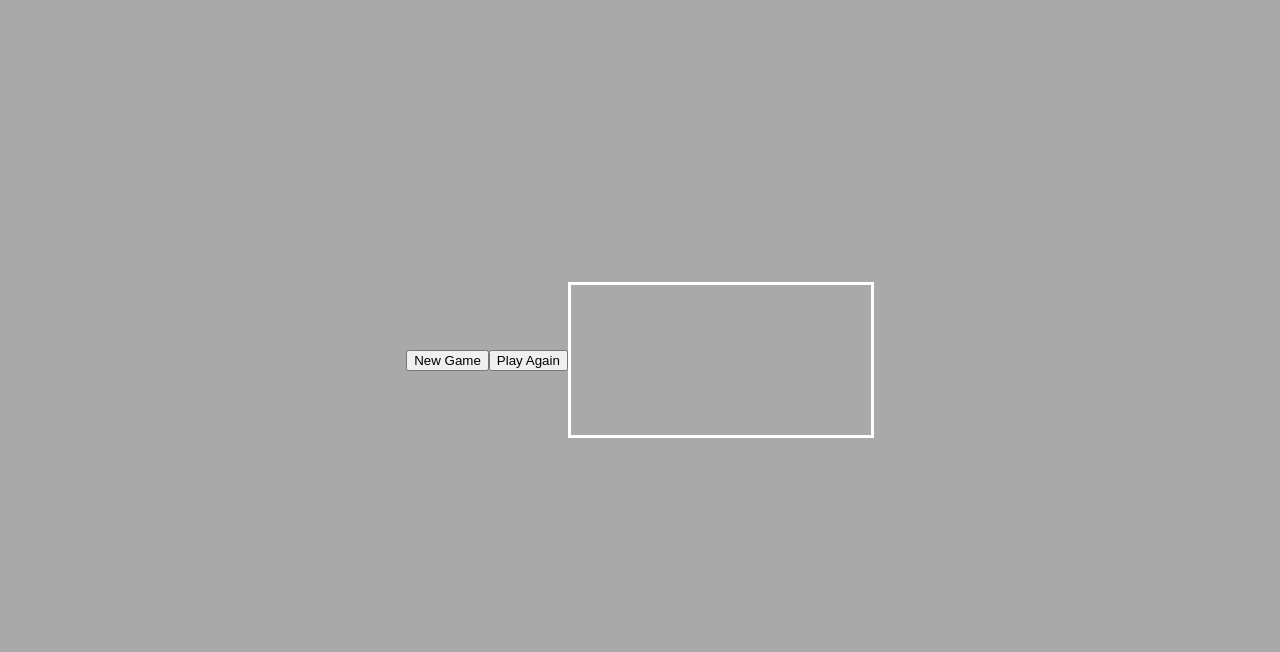
Repository: Dawid-Krasik/Ping-Pong.JS
Page: index.html
The author's editor kept a copy of each file at every save. The page is drawn from the files as they stood at one save, then again after the next save.
The browser window is 1280 px wide. The pictures show the whole page.

Above is the page before, as saved 2019-09-24 22:18:49.
Console error: SyntaxError: Unexpected token '}'

### index.html
<!DOCTYPE html>
<html lang="en">
<head>
    <meta charset="UTF-8">
    <meta name="viewport" content="width=device-width, initial-scale=1.0">
    <meta http-equiv="X-UA-Compatible" content="ie=edge">
    <script src="script.js" async></script>
    <link rel="stylesheet" type="text/css" href="style.css">
    <title>Game</title>
</head>
<body>
<button id="newGameButton">New Game</button>
<button id="playAgainButton">Play Again</button>
    <canvas>

    </canvas>

</body>
</html>

### script.js
/*
 * Pong Game
 *
 * made By Dawid .K
 *
 *
 */


// DOM documents and claim Varibles
const canvas = document.querySelector("canvas"),
      ctx = canvas.getContext("2d");
let newGameB = document.getElementById("newGameButton"),
    playAgainB = document.getElementById("playAgainButton");

    canvas.width = 1000;
    canvas.height = 500;

    // All Varibles

const cw = canvas.width;
const ch = canvas.height;

const ballSize = 20;
let ballX = cw / 2 - ballSize / 2
let ballY = ch / 2 - ballSize / 2

const paddleWidth = 20;
const paddleHieght = 100;

const playerX = 70;
const aiX = 910;

let playerY = 200;
let aiY = 200;

const lineWidth = 6;
const lineHeight = 16;

let ballSpeedX = 0;
let ballSpeedY = 0;

let playerPoints = 0;
let aiPoints = 0;

let gameStarted = false;
let gameOver = false;
let playerWon = false;

//buttons
newGameB.addEventListener('click', function () {

    gameStarted = false;
    gameOver = false;
    playerWon = false;

newGameButton.style.display = 'none';

    ballSpeedX = -5;
    ballSpeedY = 0;
});





playAgainB.addEventListener('click', function () {
    endGame()
    newGameButton.style.display = 'inline';
});


                    /* Functions self descripting Name*/


//player paddel
function player() {
    ctx.fillStyle = 'green';
    ctx.fillRect(playerX, playerY, paddleWidth, paddleHieght);
}

// ai padeln
function ai() {
    ctx.fillStyle = 'orange';
    ctx.fillRect(aiX, aiY, paddleWidth, paddleHieght);
}

// Ball parameters
function ball(){
    ctx.fillStyle = 'white';
    ctx.fillRect(ballX, ballY, ballSize, ballSize);

    //adding movement into the ball
    ballX = ballX + ballSpeedX;
    ballY = ballY + ballSpeedY;

        // setting movement in to the ball top or bottom
        if (ballY <= 0 || ballY + ballSize >= ch ){
          ballSpeedY = -ballSpeedY;
          speedUp()
        }

        if (ballX <= 0 || ballX + ballSize >= cw) {
            ballSpeedX = -ballSpeedX;
            speedUp()
        }


/*
if (ballX <= aiX + paddleWidth / 2 && ballY >= playerY - paddleHieght / 2 && ballY <= playerY + paddleHieght / 2 || ballX >= cw) {
    ballSpeedX = -ballSpeedX;
}
if (ballX <= playerX + paddleWidth && ballY >= playerY - paddleHieght && ballY <= playerY + paddleHieght || ballX >= cw) {
    ballSpeedX = -ballSpeedX;
}
*/


 // the ball turn back when hit the right or left border
        /*
        if (ballX <= 0 || ballX + ballSize >= cw) {
             ballSpeedX = -ballSpeedX;
             speedUp()
        }
        */
}

// Fuciont to return ball affter thay hit paddle


// fuction discribe table
function table(){
    ctx.fillStyle = 'black';
    ctx.fillRect(0,0, cw, ch);

        // stetting the table to half
        for (let linePosition = 20; linePosition < ch; linePosition +=30){
            ctx.fillStyle = 'gray'
            ctx.fillRect(cw / 2 - lineWidth / 2 , linePosition,
                         lineWidth, lineHeight)
        }
}

//offset  space

topCanvas = canvas.offsetTop;
console.log(topCanvas)

// Function leting mouse control the paddle
function playerPosition (e){

   // console.log("Mouse Position", + (e.clientY - topCanvas));
    playerY = e.clientY - topCanvas - paddleHieght / 2;

    // if paddleHieght hit bottom
    // the position is set to 400 and paddel do
    // not crose the table any more
    if (playerY >= ch - paddleHieght ){
        playerY = ch - paddleHieght;
    }
        // {if} the paddel dont crose top border
        if (playerY <= 0){
            playerY = 0;
        }
    if(ballX )
}

// setting up speed after hiting borders X and Y
function speedUp(){

   // Speeding up X
    if (ballSpeedX > 0 && ballSpeedX < 16){
        ballSpeedX += 1;
    }
    else if (ballSpeedX < 0 && ballSpeedX > -16){
        ballSpeedX -= 1;
    }
    // Speeding up Y
    if (ballSpeedY > 0 && ballSpeedY < 16) {
        ballSpeedY += 1;
    }
    else if (ballSpeedY < 0 && ballSpeedY > -16) {
        ballSpeedY -= 1;
    }
}

// AI
function aiPosition(){

    const middlePaddel = aiY + paddleHieght / 2;
    const middleBall = ballY + ballSize / 2;

    if (ballX > 500){
        if (middlePaddel - middleBall > 200){
          //  console.log("more then 200");
            aiY -= 15
        }
        else if (middlePaddel - middleBall > 50){
           // console.log("between 50 - 200");
            aiY -= 5
        }
            if (middlePaddel - middleBall < -200){
                //console.log("more then -200");
                aiY += 15
            }
            else if (middlePaddel - middleBall < -50){
          //      console.log("between -50 to - 200");
                aiY += 5
            }
    }

        else if (ballX <= 500 && ballX > 150){
            if (middlePaddel - middleBall > 100){
             aiY -= 3
            }
            else if (middlePaddel - middleBall < -100){
                aiY += 3
            }
    }

}

// funciont adding score
/*function score (){

    if (ballX <= 20 && aiPoints < 10) {
        aiPoints += 1;
        ballX = cw / 2 - ballSize / 2
        console.log(aiPoints + " " + "Punkty AI ");

    }

    if (ballX >= 965 && playerPoints < 10) {
        playerPoints += 1;
        ballX = cw / 2 - ballSize / 2
        console.log(playerPoints + " " + "Punkty gracza");

    }
}*/


// funcion reseting the game
function endGame (){

    ballX = cw / 2 - ballSize / 2
    ballY = ch / 2 - ballSize / 2
    ballSpeedX = 0;
    ballSpeedY = 0;
    playerPoints = 0;
    aiPoints = 0;
    newGameButton.style.display = 'inline';
}

// funcion ending the game affter some 1 get 10 score
     function checkForEnd(){
        if (playerPoints >= 10){
        console.log ("Player Won");
        endGame()
         }

        if (aiPoints >= 10) {
        console.log("Computer Won");
        endGame()
        }
}


canvas.addEventListener("mousemove", playerPosition)

function game (){
table()
ball()
player()
ai()
aiPosition()
//score()
checkForEnd()

}

setInterval(game,1000 / 60)

### style.css
body {
    margin:0;
    padding: 0;
    display:flex;
    align-items: center;
    justify-content: center;
    height: 100vh;
    background-color: darkgray;

}
canvas{
   border: 3px solid white;
  /*  */
}

After the next save:
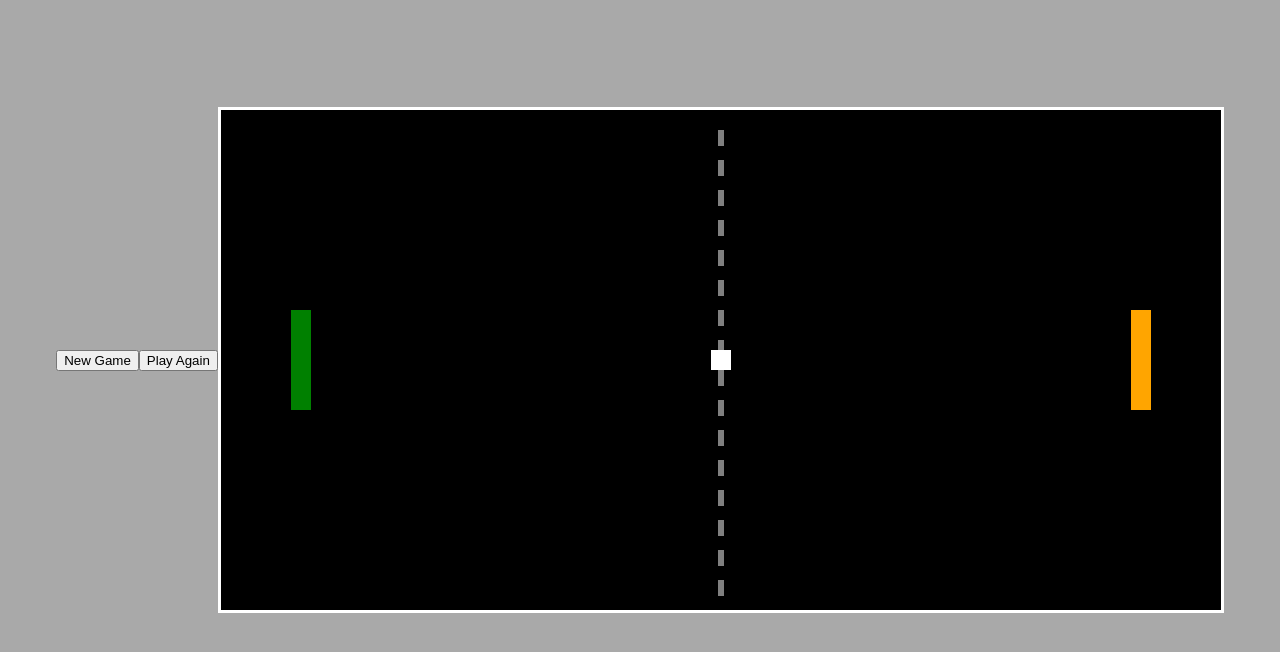
The error is gone.
Saved 26 s later.
--- a/script.js
+++ b/script.js
@@ -162,7 +162,7 @@
         if (playerY <= 0){
             playerY = 0;
         }
-    if(ballX )
+
 }
 
 // setting up speed after hiting borders X and Y
